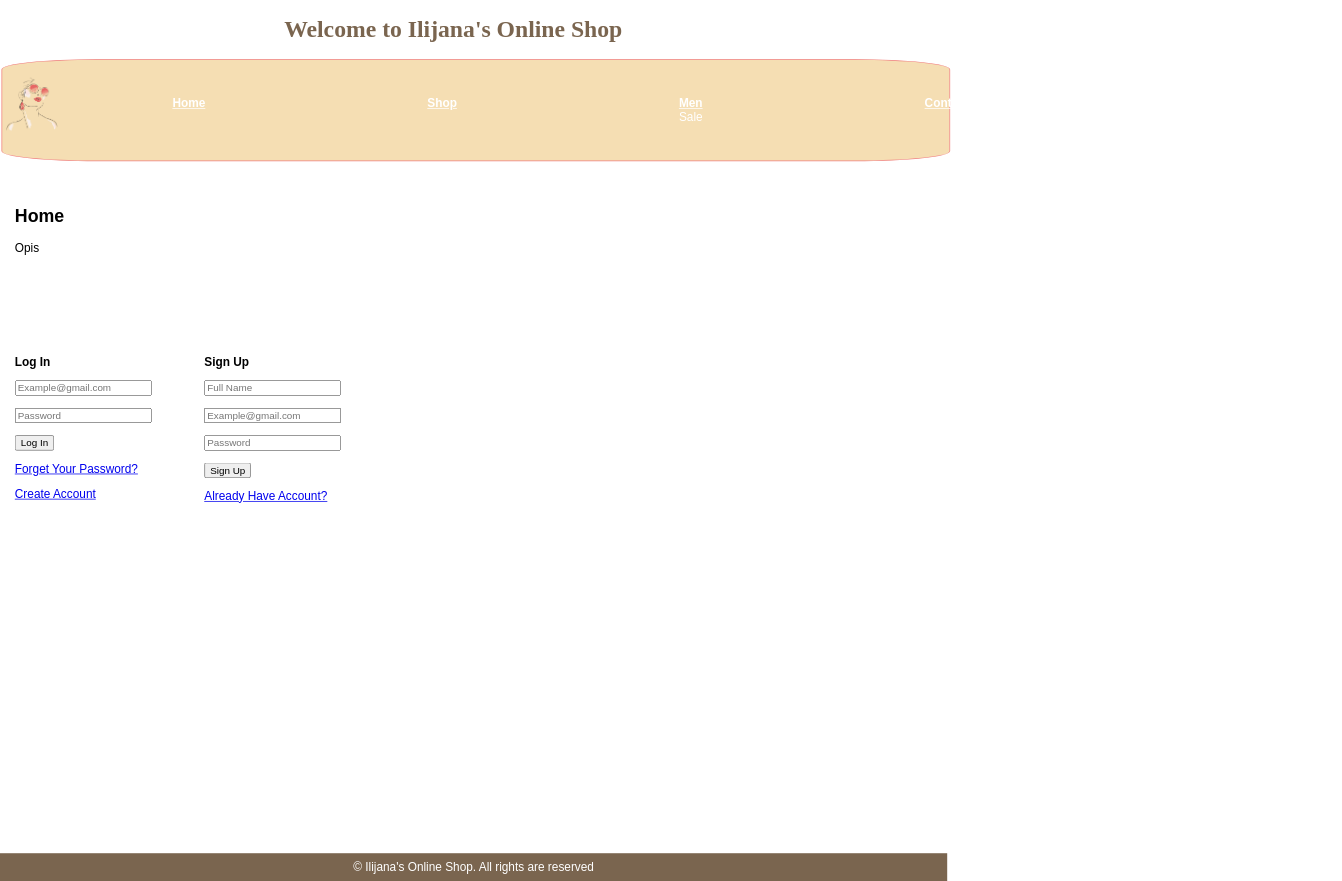
Repository: ilijana123/Proekt1
Page: html.html
An editor plug-in stored every save of this project. The page is shown before and after the next save, followed by the edit.
The browser window is 1280 px wide. The page is 1814 px wide, then 1564 px, so the pictures cover 1814 px, including what lies to the right of the window. The pictures show the whole page, at 74% of full size.

Above is the page before, as saved 2023-11-13 02:15:54.

After the next save:
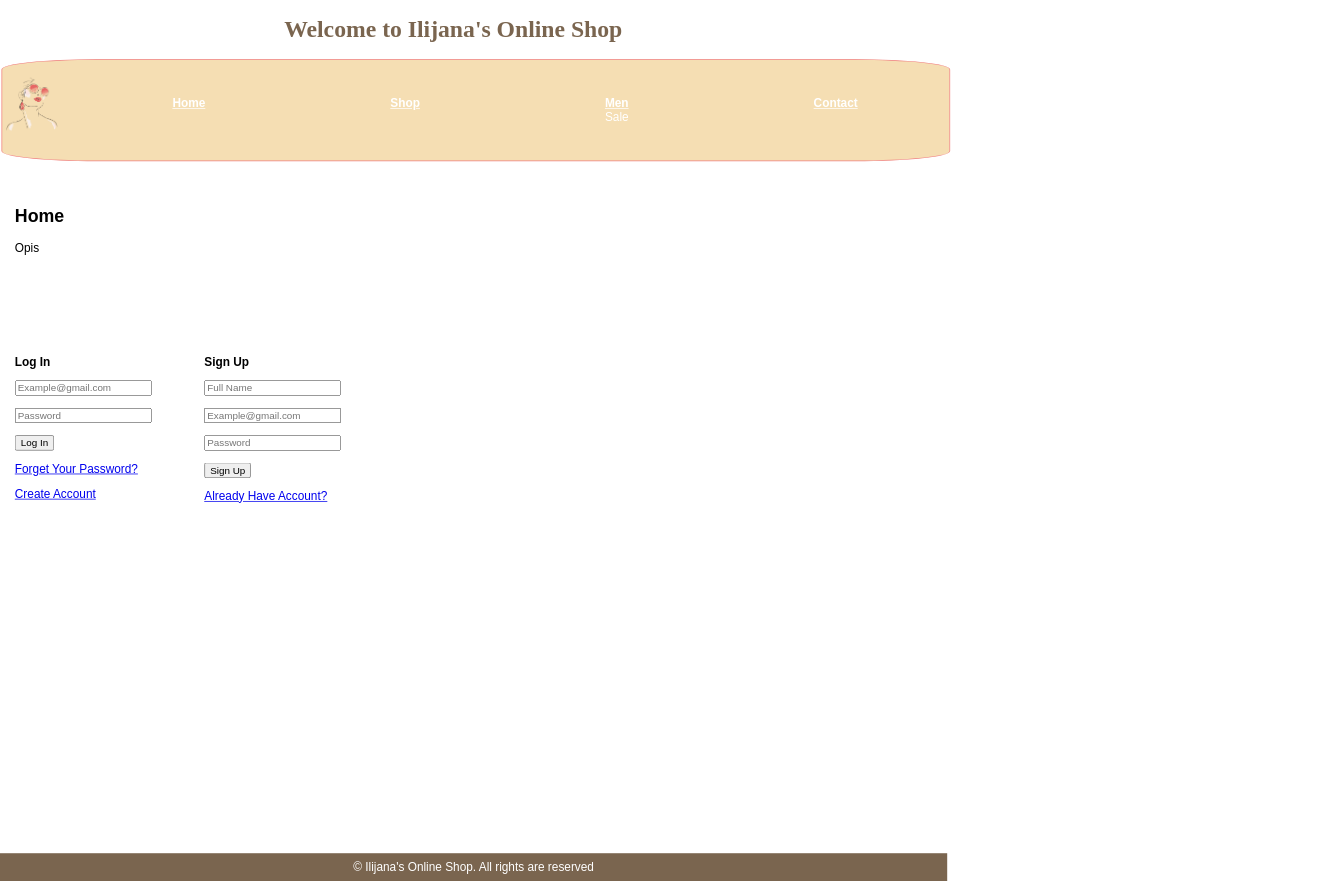
Saved 17 s later.
--- a/1.css
+++ b/1.css
@@ -41,7 +41,7 @@ h1  {
     {
         display: block;
         margin-bottom: 50px;
-        margin-right: 150px;
+        margin-right: 100px;
         margin-left:150px;
     }
     section {
